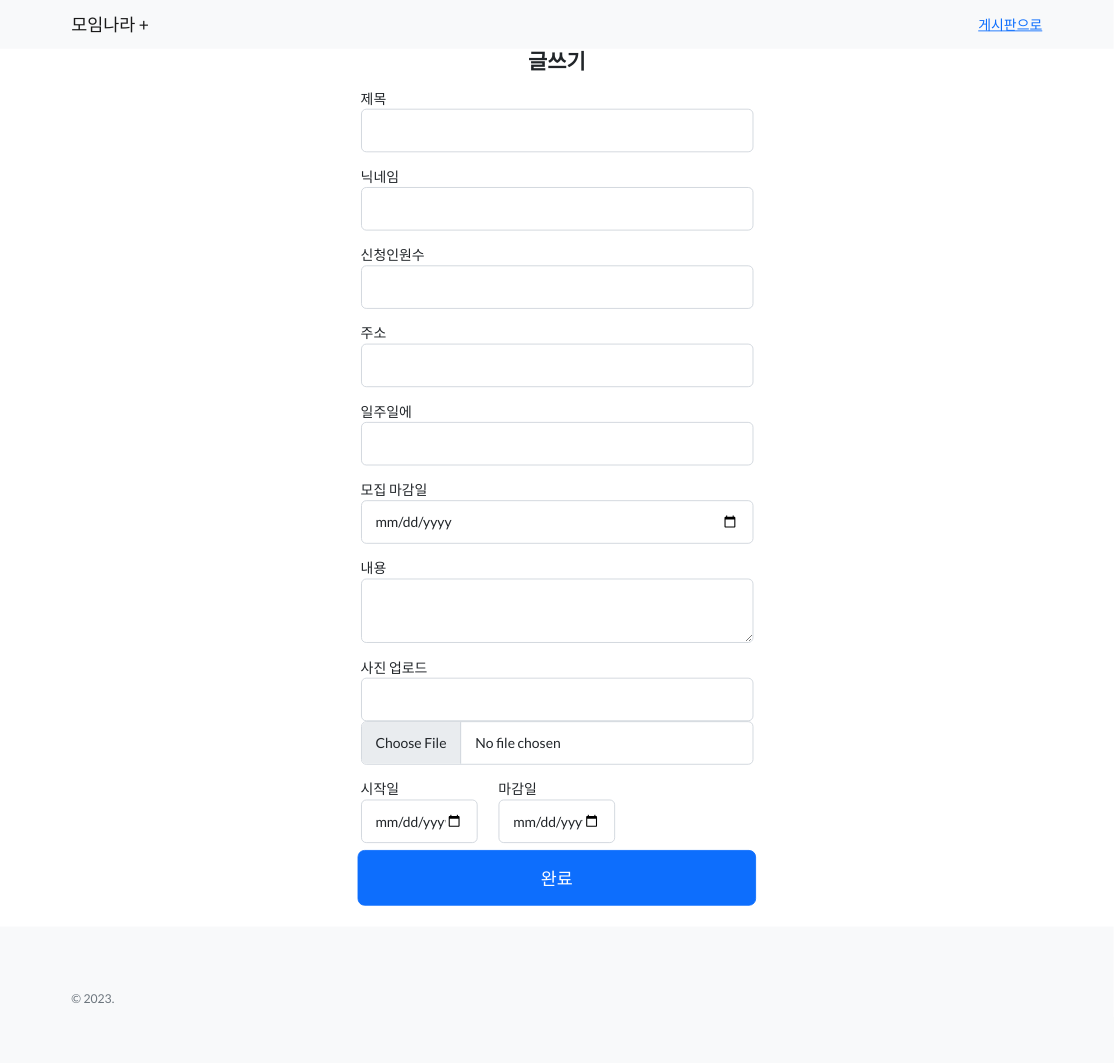
Repository: cmg9707/Devfox-spring-project
Page: http://localhost/DevJUS/WEB-INF/views/JUS/modify.jsp
An editor plug-in stored every save of this project. The page is shown before and after the next save, followed by the edit.
The browser window is 1280 px wide. The pictures show the whole page, at 87% of full size.
The page is served by Tomcat 9. Nobody is signed in. The template is opened directly, without the code that normally fills it, so the values that code supplies are empty.

Above is the page before, as saved 2023-04-13 00:29:10.

After the next save:
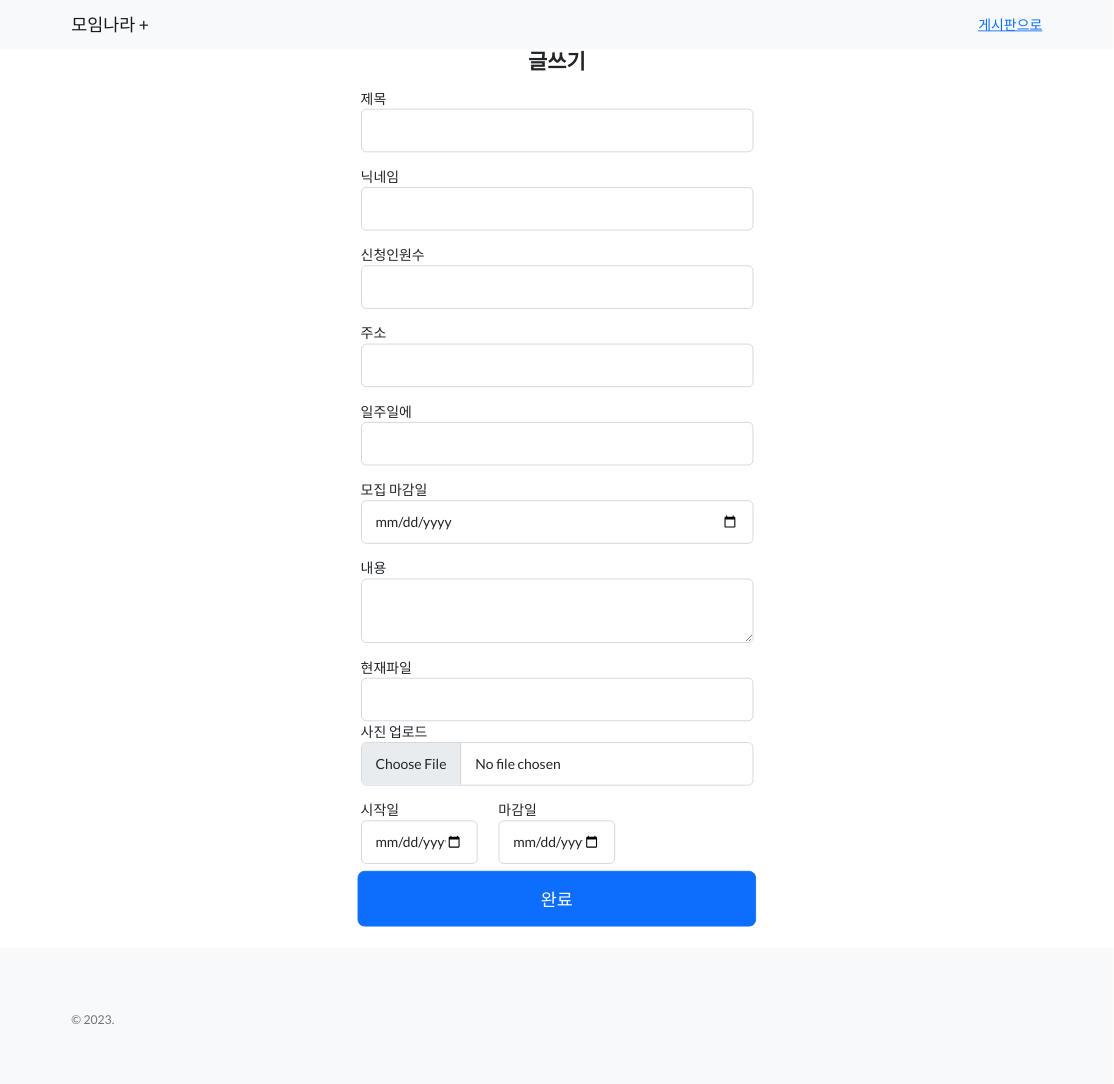
Saved 43 s later.
--- a/DevJUS/src/main/webapp/WEB-INF/views/JUS/modify.jsp
+++ b/DevJUS/src/main/webapp/WEB-INF/views/JUS/modify.jsp
@@ -87,8 +87,9 @@
 
 					<div class="row d-flex justify-content-center">
 						<div class="col-md-5 mb-3">
+							<label for="board_poto">현재파일</label>
+							<input type="text" class="form-control" id="board_poto" name="board_poto" value="${board.board_poto}">
 							<label for="board_poto">사진 업로드</label>
-							<input type="text" class="form-control" id="board_poto" name="board_poto" value="${board.board_poto}">
 							<input type="file"class="form-control"  id="board_poto" name="board_poto" value="${board.board_poto}">
 						</div>
 					</div>
